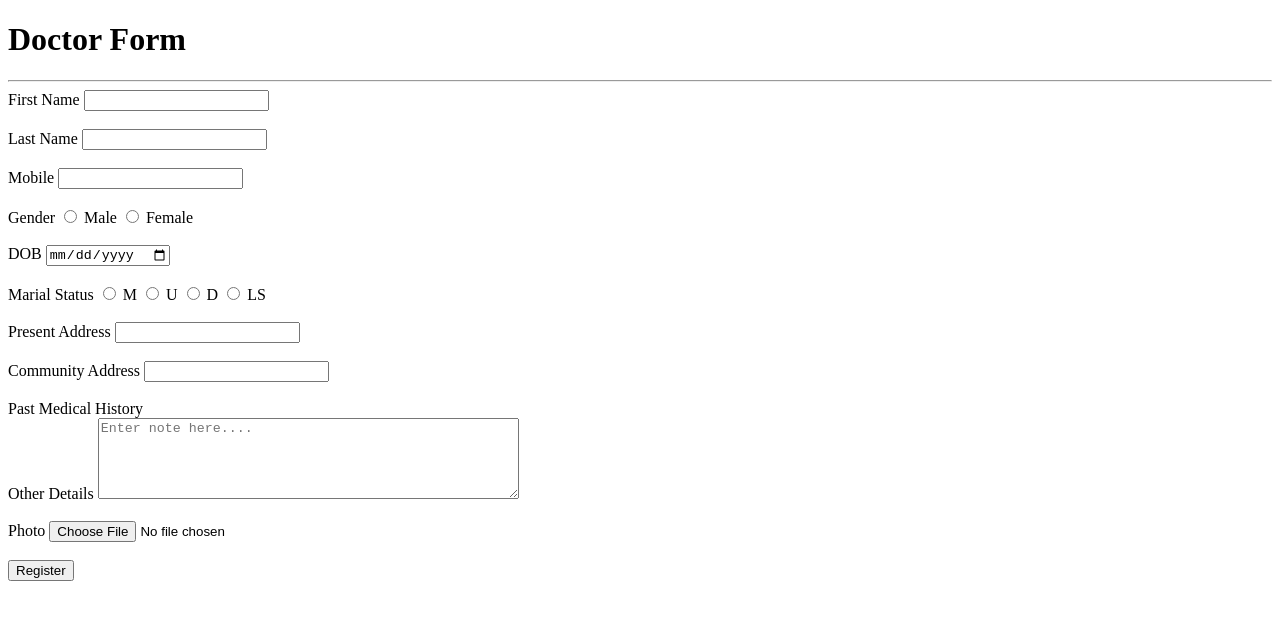
Repository: aayush105/Advance-Java
Page: http://localhost/Doctorpatient/patient.jsp
An editor plug-in stored every save of this project. The page is shown before and after the next save, followed by the edit.
The browser window is 1280 px wide. The pictures show the whole page.
The page is served by Tomcat 10.

Above is the page before, as saved 2023-07-20 11:28:02.

After the next save:
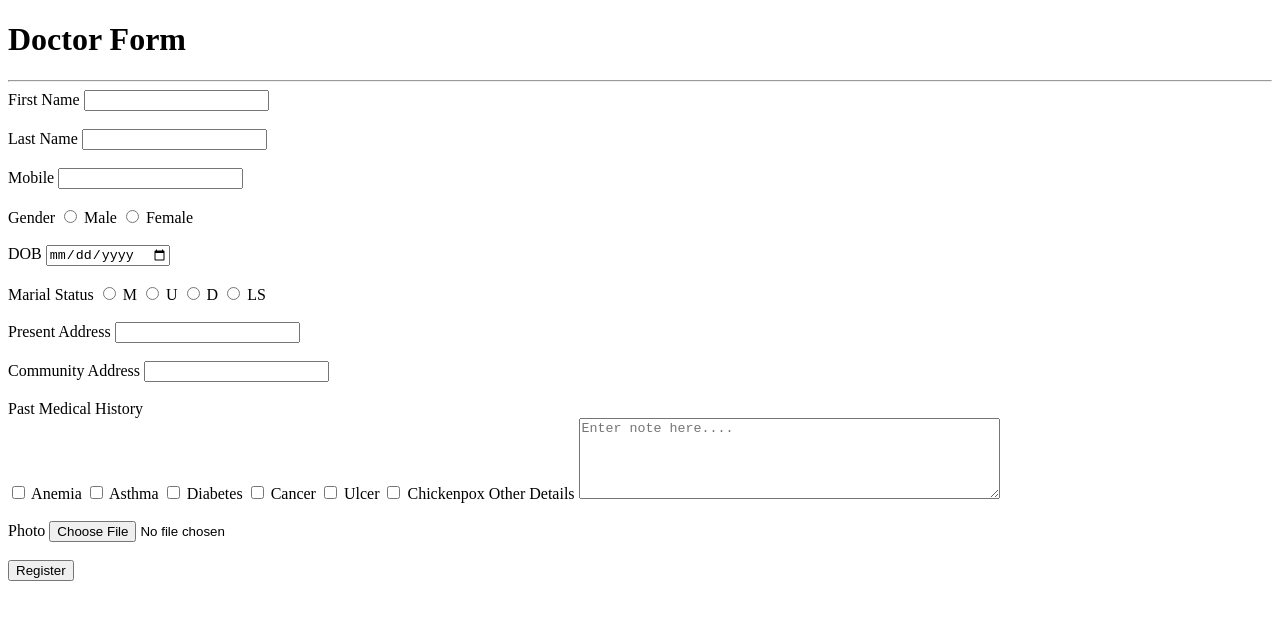
Saved 8 min 9 s later.
--- a/Doctorpatient/src/main/webapp/patient.jsp
+++ b/Doctorpatient/src/main/webapp/patient.jsp
@@ -27,7 +27,12 @@ Marial Status <input type="radio" name="status" value="M"> M
 Present Address <input type ="text" name ="paddress"><br><br>
 Community Address <input type ="text" name ="caddress"><br><br>
 Past Medical History <br>
-
+<input type="checkbox" name="check-1" value="check-1"> Anemia
+<input type="checkbox" name="check-2" value="check-2"> Asthma
+<input type="checkbox" name="check-3" value="check-3"> Diabetes
+<input type="checkbox" name="check-4" value="check-4"> Cancer
+<input type="checkbox" name="check-5" value="check-5"> Ulcer
+<input type="checkbox" name="check-6" value="check-6"> Chickenpox
 
 Other Details <textarea rows = "5" cols = "50" name = "note" placeholder ="Enter note here...."></textarea><br><br>
 Photo <input type="file" name="photo"><br><br>
